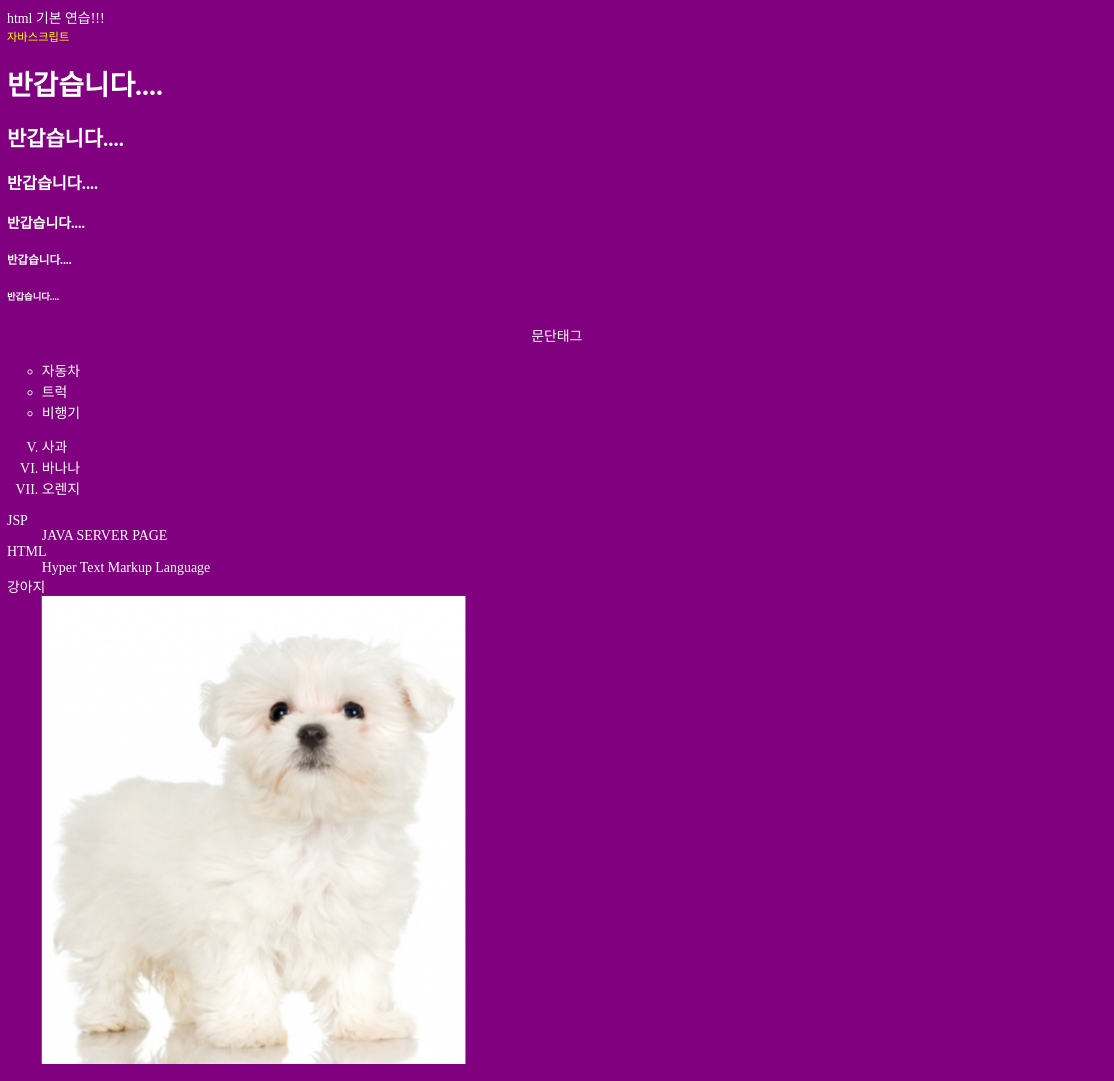
Repository: salee1023/JSP_Practice
Page: HTML_CSS_JS_practice01/src/main/webapp/html01.htm
An editor plug-in stored every save of this project. The page is shown before and after the next save, followed by the edit.
The browser window is 1280 px wide. The pictures show the whole page, at 87% of full size.

Above is the page before, as saved 2021-08-16 10:26:04.

### HTML_CSS_JS_practice01/src/main/webapp/html01.htm
<!DOCTYPE html>
<!--
	html 기본 구조
	<html>
		<head>
			<meta charset = "utf-8">
			<title>문서의 제목</title>
		</head>
		<body>
			문서의 내용
		</body?
	</html>
 -->
<html>
<head>
<meta charset="utf-8">
<title>html 연습</title>
</head>
<body bgcolor="purple" text="white">
	html 기본 연습!!!<br><font face="바탕" size="2" color="yellow">자바스크립트</font><h1>반갑습니다....</h1>
	<h2>반갑습니다....</h2><h3>반갑습니다....</h3><h4>반갑습니다....</h4><h5>반갑습니다....</h5><h6>반갑습니다....</h6>
	<p align="center">문단태그</p>
	<ul type="circle">  <!-- Unordered List -->
		<li>자동차</li>
		<li>트럭</li>
		<li>비행기</li>
	</ul>
	<ol type="I" start="5">  <!-- Ordered List -->
		<li>사과</li>
		<li>바나나</li>
		<li>오렌지</li>
	</ol>
	<dl> <!-- Dictionary List -->
		<dt>JSP</dt>
		<dd>JAVA SERVER PAGE</dd>
		<dt>HTML</dt>
		<dd>Hyper Text Markup Language</dd>
		<dt>강아지</dt>
		<dd><img src="img/1.PNG"></dd>
	</dl>
</body>
</html>

After the next save:
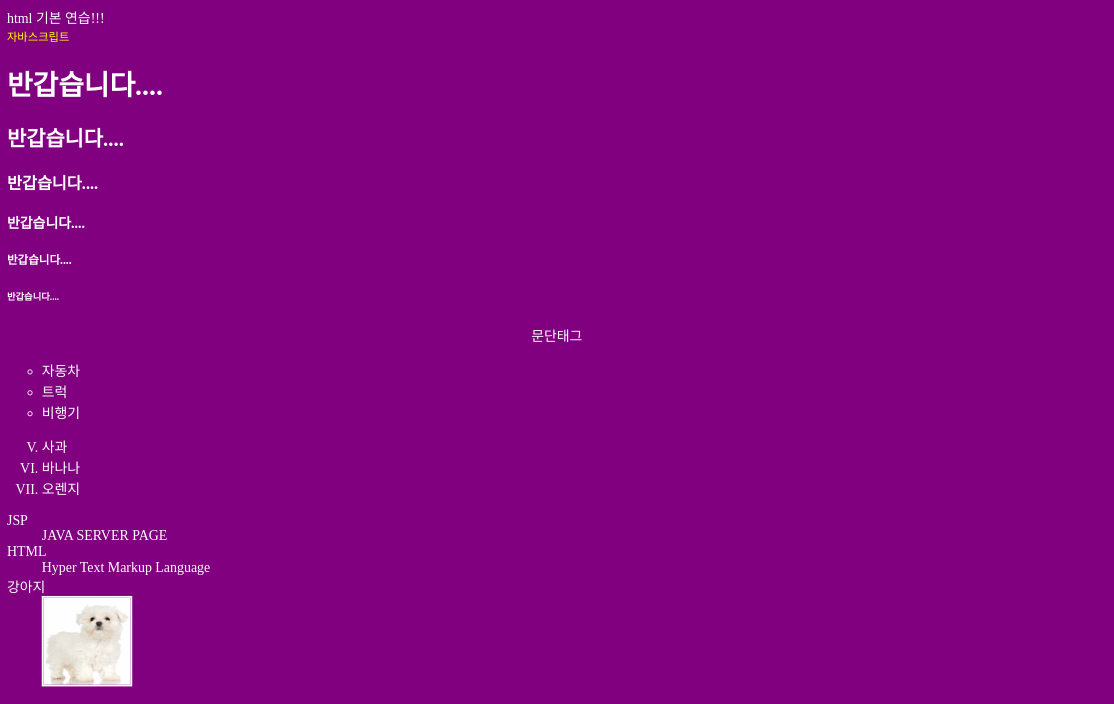
Saved 28 s later.
--- a/HTML_CSS_JS_practice01/src/main/webapp/html01.htm
+++ b/HTML_CSS_JS_practice01/src/main/webapp/html01.htm
@@ -36,7 +36,7 @@
 		<dt>HTML</dt>
 		<dd>Hyper Text Markup Language</dd>
 		<dt>강아지</dt>
-		<dd><img src="img/1.PNG"></dd>
+		<dd><img src="img/1.PNG" width="100" height="100" border="2"></dd>
 	</dl>
 </body>
 </html>
